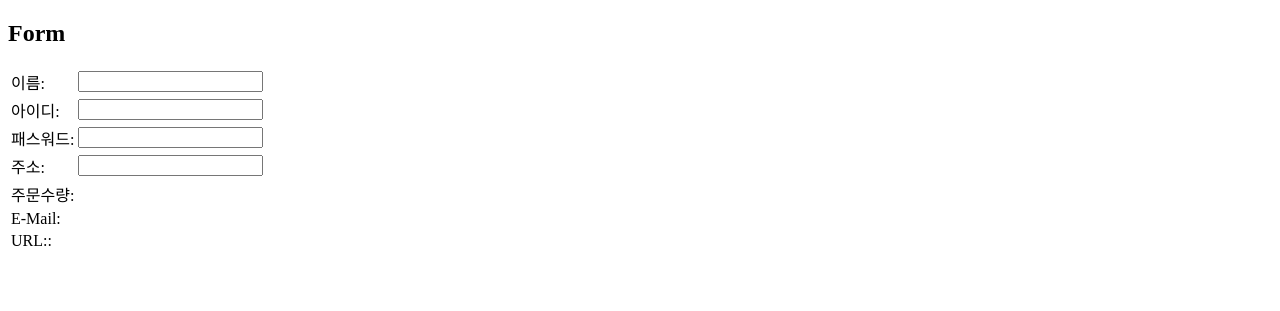
Repository: gyujin91/JSP
Page: web01/src/main/webapp/form.html
The author's editor kept a copy of each file at every save. The page is drawn from the files as they stood at one save, then again after the next save.
The browser window is 1280 px wide. The pictures show the whole page.

Above is the page before, as saved 2022-04-22 05:04:50.

### web01/src/main/webapp/form.html
<!DOCTYPE html>
<html>
<head>
<meta charset="UTF-8">
<link rel="stylesheet" type="text/css" href="">
<title>Form Sample</title>
</head>
<body>
	<h2 class="form">Form</h2>
	<form action="loginPro.jsp" method="post" name="twin">
        <table>
            <tr>
                <td>이름:</td>
                <td><input type="text" name="name"></td>
            </tr>
            <tr>
            	<td>아이디:
            	<td><input type="text" name="uid"></td>
            </tr>
            <tr>
            	<td>패스워드:
            	<td><input type="password" name="upw"></td>
            </tr><tr>
            	<td>주소:
            	<td><input type="text" name="adrr"></td>
            </tr><tr>
            	<td>주문수량:
            </tr><tr>
            	<td>E-Mail:
            </tr><tr>
            	<td>URL::
            </tr>
        </table>




</body>
</html>

After the next save:
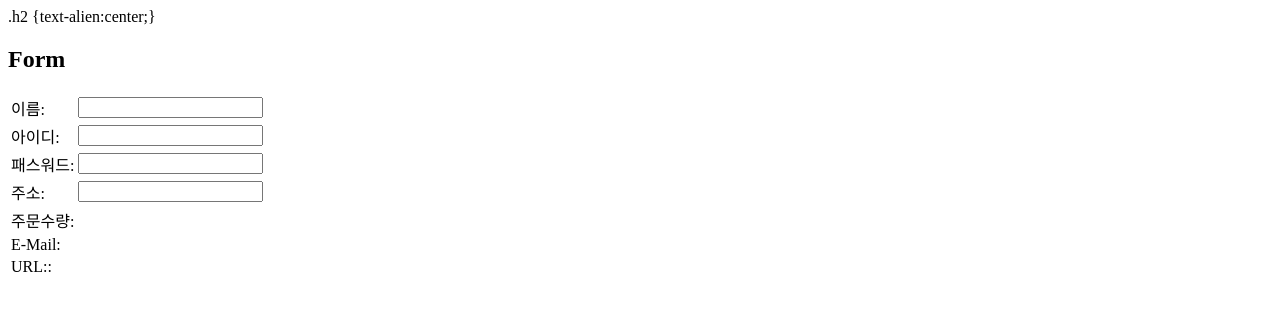
Saved 37 s later.
--- a/web01/src/main/webapp/form.html
+++ b/web01/src/main/webapp/form.html
@@ -3,6 +3,7 @@
 <head>
 <meta charset="UTF-8">
 <link rel="stylesheet" type="text/css" href="">
+.h2 {text-alien:center;}
 <title>Form Sample</title>
 </head>
 <body>

After the save that followed:
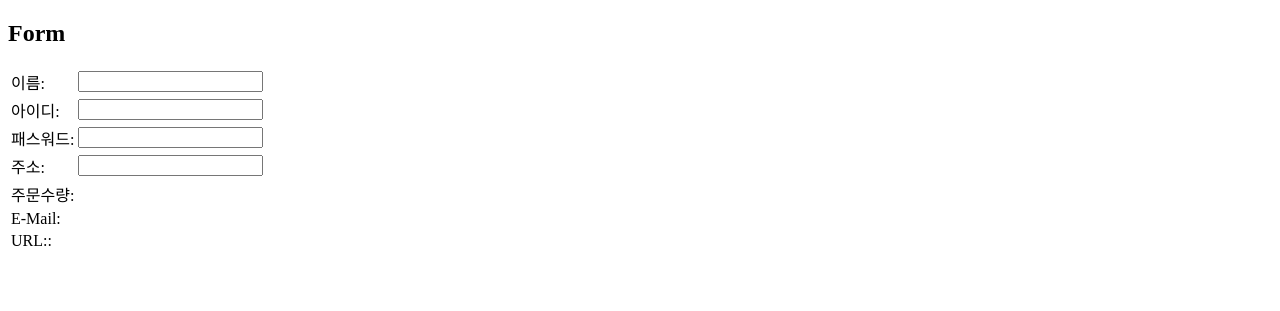
Saved 67 s later.
--- a/web01/src/main/webapp/form.html
+++ b/web01/src/main/webapp/form.html
@@ -3,7 +3,10 @@
 <head>
 <meta charset="UTF-8">
 <link rel="stylesheet" type="text/css" href="">
-.h2 {text-alien:center;}
+<style>
+.h2{text-align: center;}
+</style>
+
 <title>Form Sample</title>
 </head>
 <body>
